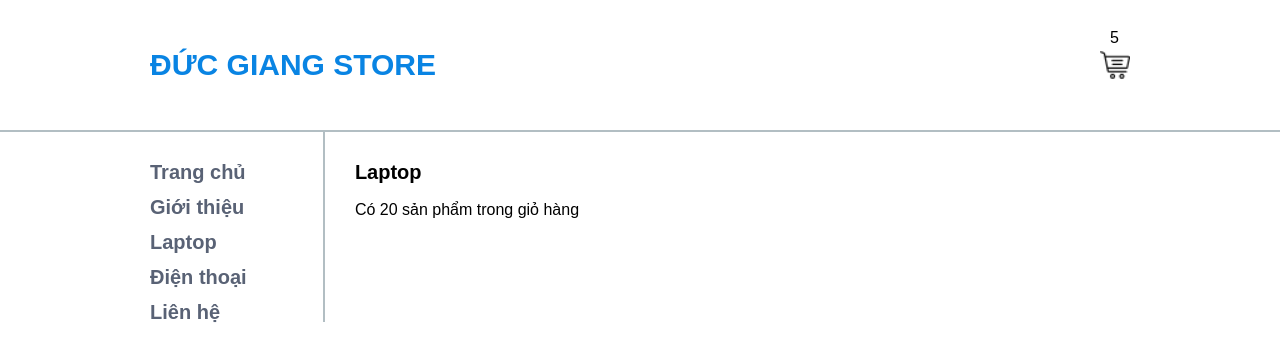
Repository: Giangattt123/PHP
Page: http://localhost/?mod=product&act=main&cat_id=2
These files come from the project's save history. The page is drawn as it stood at one moment and after the next save; the edit follows.
The browser window is 1280 px wide. The pictures show the whole page.
Some web libraries are served in a nearby version. The page is run by PHP 8.4 with error messages shown; the project is at /var/www/html/.

Above is the page before, as saved 2023-03-20 14:47:00.
Console error: TypeError: Cannot read properties of null (reading 'addEventListener')

After the next save:
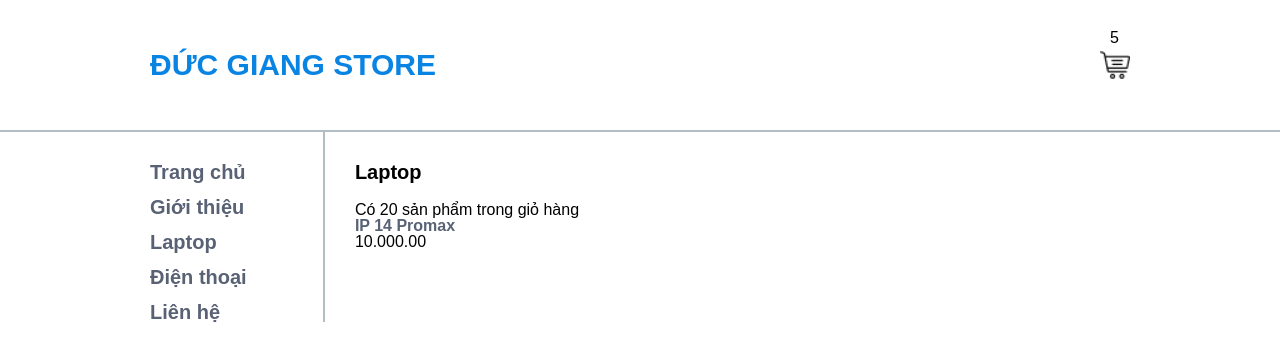
Saved 4 min 59 s later.
--- a/PHP_Shopping-Cart/Shopping_Cart/modules/product/main.php
+++ b/PHP_Shopping-Cart/Shopping_Cart/modules/product/main.php
@@ -18,6 +18,17 @@
                     <h3 class="section-title"><?php echo $info_cat['cat_title'];?></h3>
                     <p class="section-desc">Có 20 sản phẩm trong giỏ hàng</p>
                 </div>
+                <div class="section-detail">
+                    <ul class="list-item clearfix">
+                        <li>
+                            <a href="?mod=product&act=detail&id=1" title="" class="thumb">
+                                <img src="" alt="">
+                            </a>
+                            <a href="?page=detail_product" title="" class="title">IP 14 Promax</a>
+                            <p class="price">10.000.00</p>
+                        </li>
+                    </ul>
+                </div>
             </div>
         </div>
     </div>
